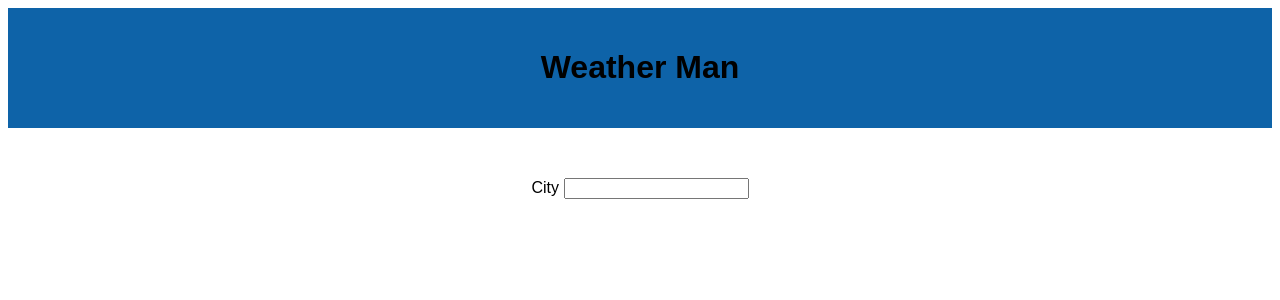
Repository: zackaroo20/Web-Assignment4-API
Page: index.html
An editor plug-in stored every save of this project. The page is shown before and after the next save, followed by the edit.
The browser window is 1280 px wide. The pictures show the whole page.

Above is the page before, as saved 2026-11-14 18:08:19.

### index.html
<!DOCTYPE html>
<html lang="en">
<head>
    <meta charset="UTF-8">
    <meta name="viewport" content="width=, initial-scale=1.0">
    <link rel="stylesheet" href="fancy.css">
    <title>Document</title>
</head>
<header>
 <h1>Weather Man</h1>
 </header>


<body>
    <form action="brains.js" target="_self">

        <label for="city">City</label>

        <input type="text" name="city"/>



    </form>



</body>
</html>

### fancy.css

header {
  background-color: #0e63a8;
  padding: 20px;
  text-align: center;
  margin-bottom: 50px;
}
body {
  font-family: Arial, sans-serif;
  padding: 20;
  text-align: center;
}

After the next save:
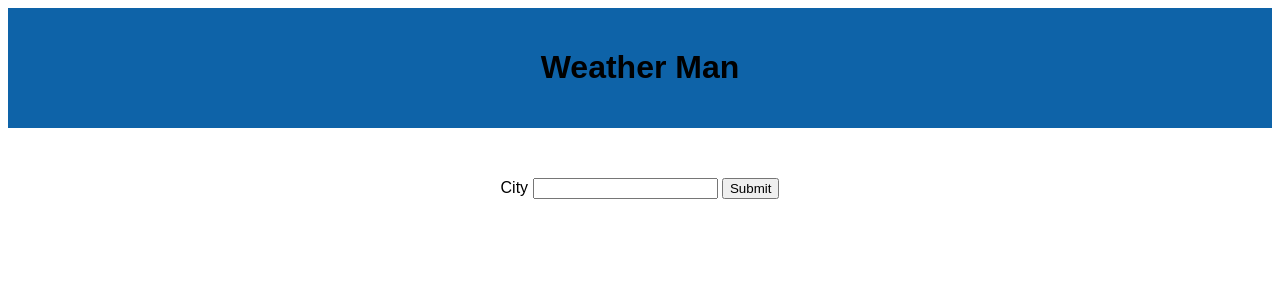
Saved 2 min 14 s later.
--- a/index.html
+++ b/index.html
@@ -12,14 +12,12 @@
 
 
 <body>
-    <form action="brains.js" target="_self">
+    <form action="brains.js" target="_top">
 
         <label for="city">City</label>
 
         <input type="text" name="city"/>
-
-
-
+        <input type="submit">
     </form>
 
 
